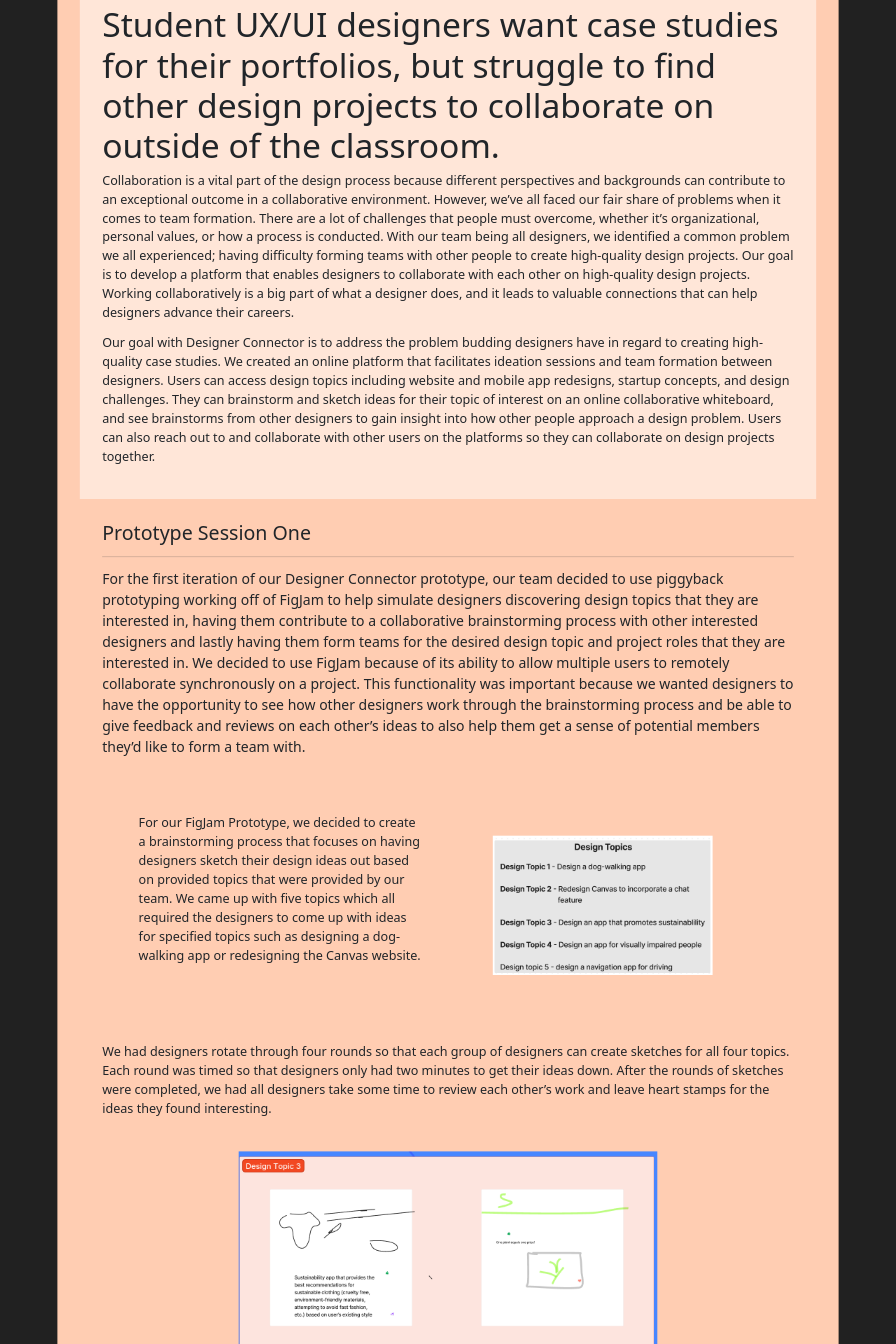
Repository: thais-chen/Portfolio
Page: designer.html
The author's editor kept a copy of each file at every save. The page is drawn from the files as they stood at one save, then again after the next save.
The browser window is 1280 px wide. The pictures show the part of the page from y = 747 to 2667 px (the page is 11273 px tall before and 11041 px after), at 70% of full size.
A picture or video elsewhere on the page could not be fetched, so the positions and the page height are approximate.

Above is the page before, as saved 2022-06-21 03:20:32.

After the next save:
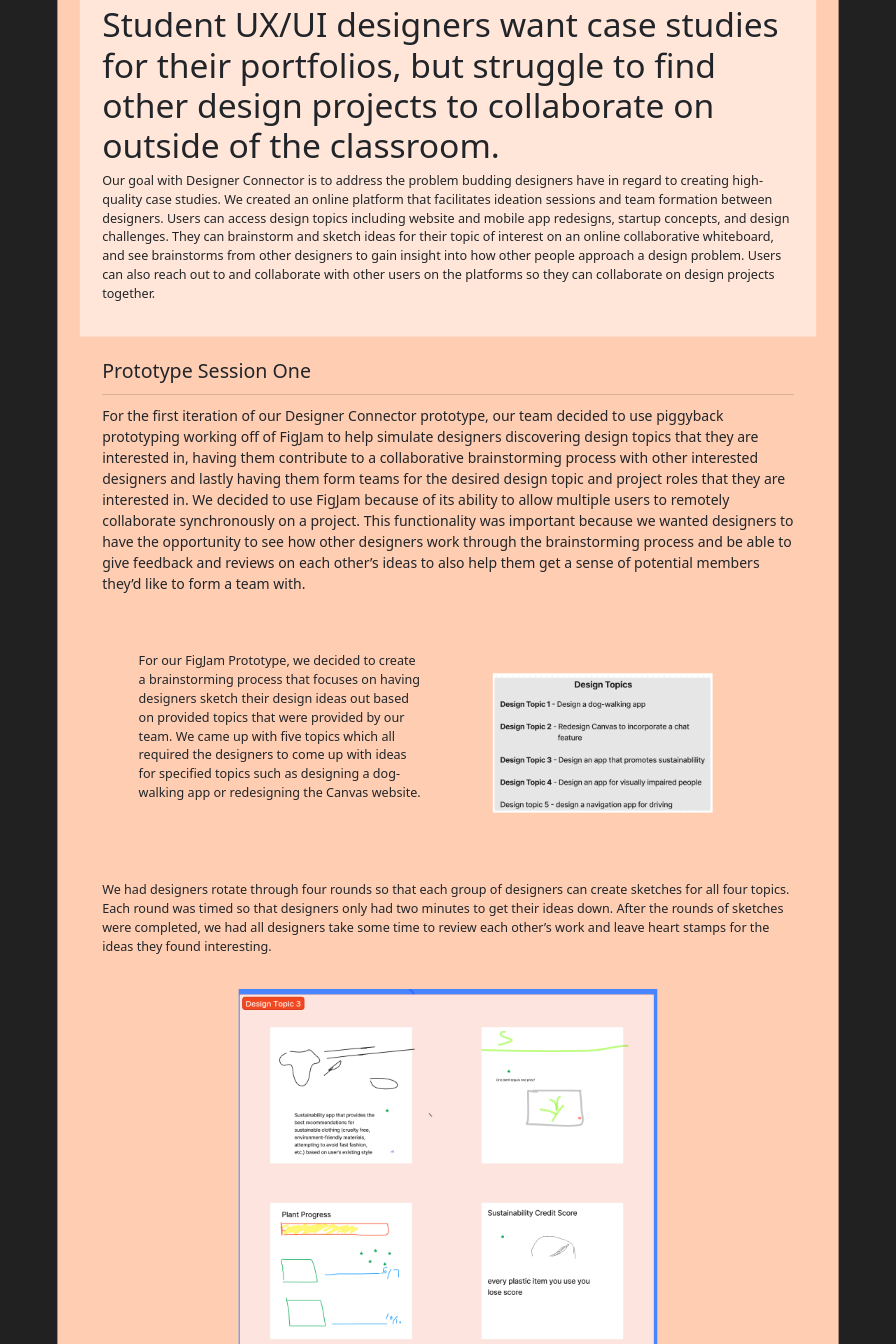
Saved 39 h 56 min later.
--- a/designer.html
+++ b/designer.html
@@ -60,9 +60,7 @@
             <h3 class="display-5">
                 Student UX/UI designers want case studies for their portfolios, but struggle to find other design projects to collaborate on outside of the classroom.
             </h3>
-            <p>
-                Collaboration is a vital part of the design process because different perspectives and backgrounds can contribute to an exceptional outcome in a collaborative environment. However, we’ve all faced our fair share of problems when it comes to team formation. There are a lot of challenges that people must overcome, whether it’s organizational, personal values, or how a process is conducted. With our team being all designers, we identified a common problem we all experienced; having difficulty forming teams with other people to create high-quality design projects. Our goal is to develop a platform that enables designers to collaborate with each other on high-quality design projects. Working collaboratively is a big part of what a designer does, and it leads to valuable connections that can help designers advance their careers.
-            </p>
+
             <p>
                 Our goal with Designer Connector is to address the problem budding designers have in regard to creating high-quality case studies. We created an online platform that facilitates ideation sessions and team formation between designers. Users can access design topics including website and mobile app redesigns, startup concepts, and design challenges. They can brainstorm and sketch ideas for their topic of interest on an online collaborative whiteboard, and see brainstorms from other designers to gain insight into how other people approach a design problem. Users can also reach out to and collaborate with other users on the platforms so they can collaborate on design projects together.
             </p>
